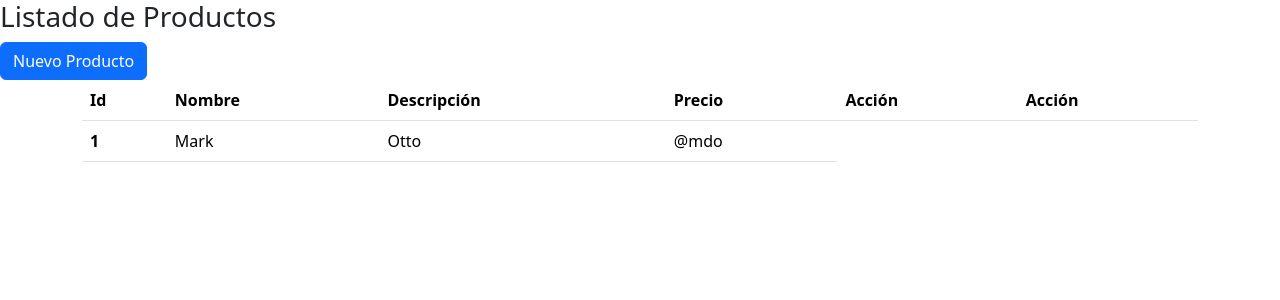
Repository: RoggerMen/Spring
Page: http://localhost/home
An editor plug-in stored every save of this project. The page is shown before and after the next save, followed by the edit.
The browser window is 1280 px wide. The pictures show the whole page.
The page is this project's Thymeleaf template; nobody is signed in. The template is opened directly, without the code that normally fills it, so the values that code supplies are empty.

Above is the page before, as saved 2023-04-22 06:46:04.

After the next save:
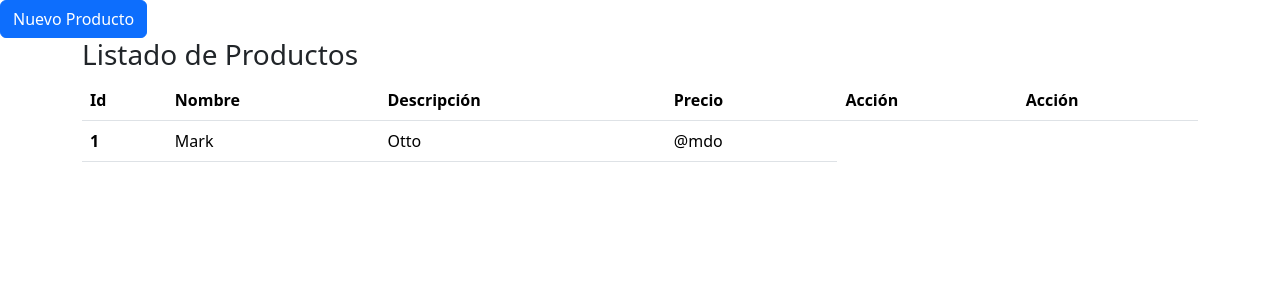
Saved 115 s later.
--- a/crud-productos/src/main/resources/templates/home.html
+++ b/crud-productos/src/main/resources/templates/home.html
@@ -11,10 +11,10 @@
 
 </head>
 <body>
-<h3>Listado de Productos</h3>
 
 	<a href="" class="btn btn-primary"> Nuevo Producto</a>
 	<div class="container">
+	<h3>Listado de Productos</h3>
 		<table class="table">
 			<thead>
 				<tr>
